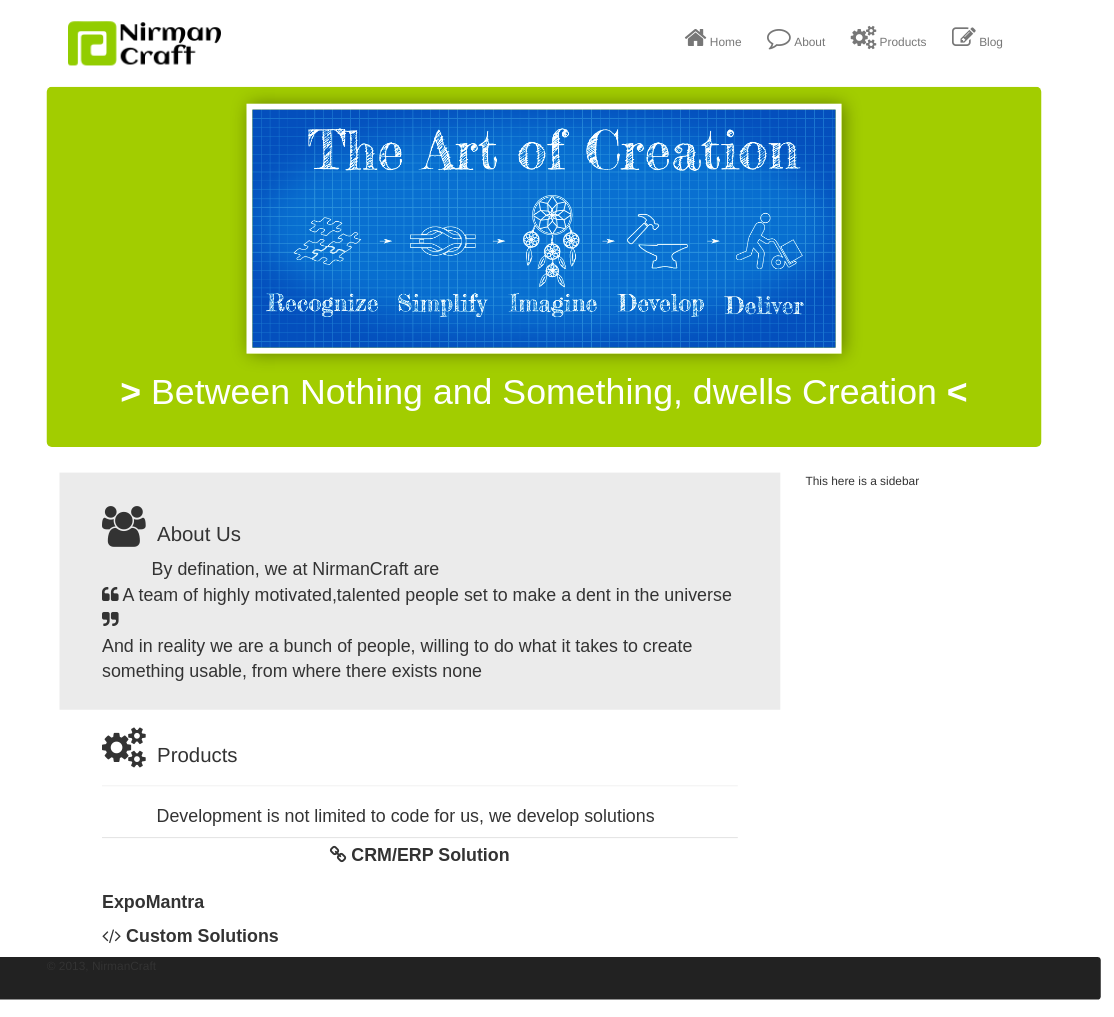
Repository: MeShreyas/NirmanCraftWebsite
Page: NirmanCraft/index.html
An editor plug-in stored every save of this project. The page is shown before and after the next save, followed by the edit.
The browser window is 1280 px wide. The page is 1310 px wide, so the pictures cover 1310 px, including what lies to the right of the window. The pictures show the whole page, at 85% of full size.
Some web fonts or font styles are not loaded; a fallback is used.

Above is the page before, as saved 2013-10-08 08:00:50.
Console error: ReferenceError: jQuery is not defined

After the next save:
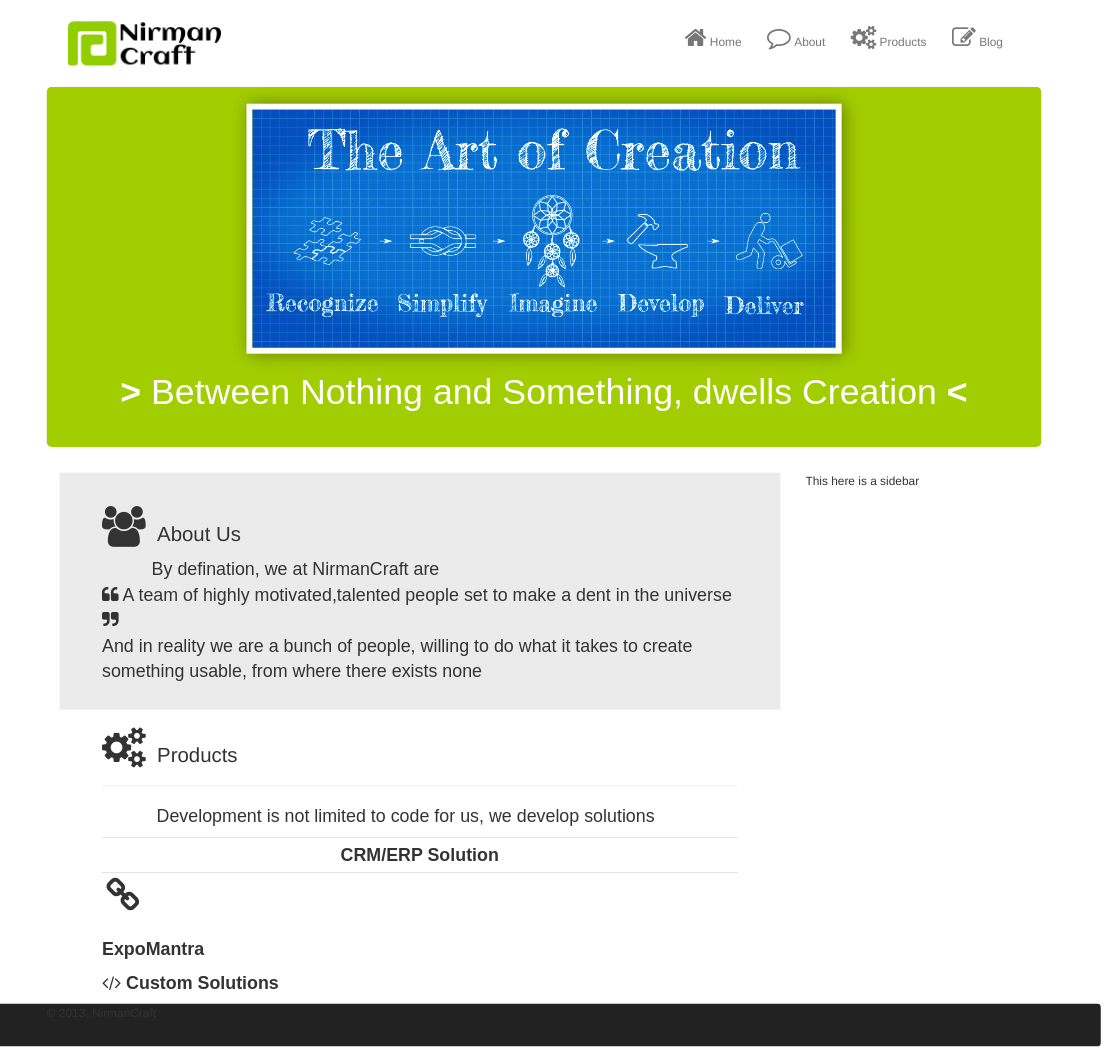
Saved 27 s later.
--- a/NirmanCraft/index.html
+++ b/NirmanCraft/index.html
@@ -98,7 +98,12 @@
 									<table class="table table-condensed">
 										<tr>
 											<td colspan="2" align="center">
-												<i class="icon-link"></i>&nbsp;<strong>CRM/ERP Solution</strong>
+												<strong>CRM/ERP Solution</strong>
+											</td>
+										</tr>
+										<tr>
+											<td>
+												<i class="icon-link icon-2x"></i>
 											</td>
 										</tr>
 									</table>
